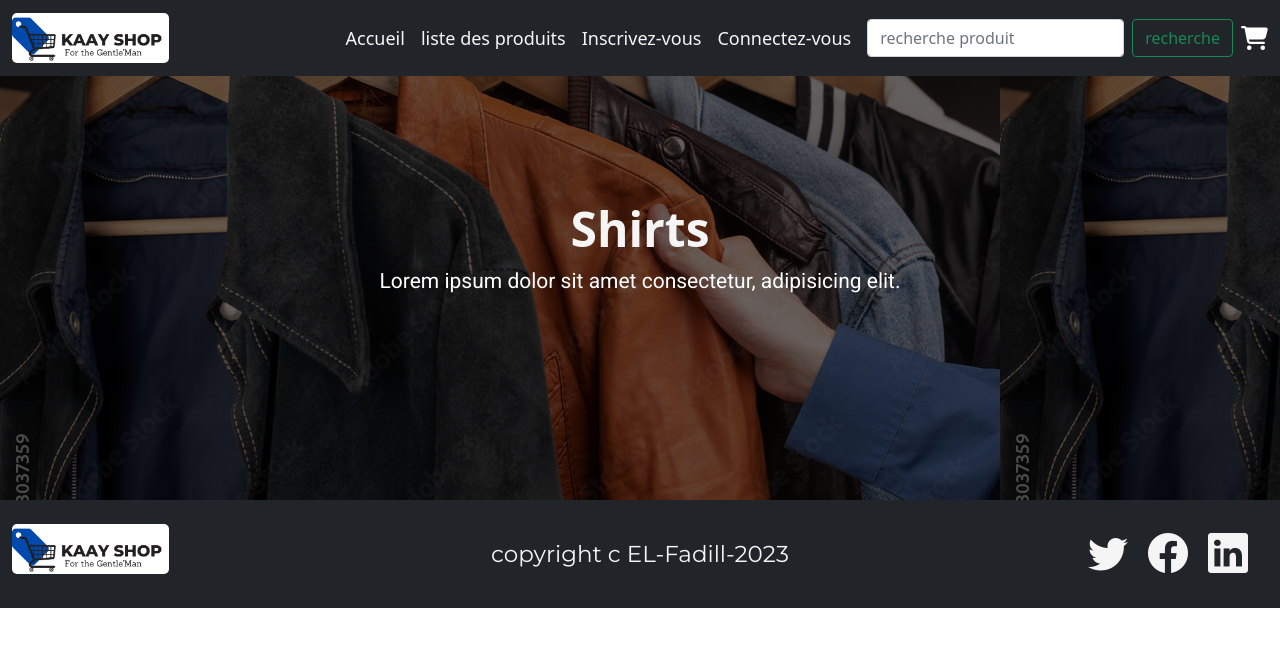
Repository: wadelfadill/Mini_projet_bootstrap_Site_vente_online
Page: list_product.html
An editor plug-in stored every save of this project. The page is shown before and after the next save, followed by the edit.
The browser window is 1280 px wide. The pictures show the whole page.
Some web libraries are served in a nearby version.

Above is the page before, as saved 2023-05-16 11:24:30.

### list_product.html
<!DOCTYPE html>
<html lang="en">
<head>
    <!--======== Website icone =======-->
    <link rel="shortcut icon" href="assets/images/logo/cart-shopping-solid.svg" type="image/x-icon">
    <meta charset="UTF-8">
    <meta http-equiv="X-UA-Compatible" content="IE=edge">
    <meta name="viewport" content="width=device-width, initial-scale=1.0">
    <!--=========== Title of Website ============-->
    <title>KAAY-SHOP</title>

    <!--======== Bootstrap Links ===========-->
    <link href="https://cdn.jsdelivr.net/npm/bootstrap@5.1.3/dist/css/bootstrap.min.css" rel="stylesheet" integrity="sha384-1BmE4kWBq78iYhFldvKuhfTAU6auU8tT94WrHftjDbrCEXSU1oBoqyl2QvZ6jIW3" crossorigin="anonymous">
    <link rel="stylesheet" href="https://cdn.jsdelivr.net/npm/bootstrap-icons@1.10.5/font/bootstrap-icons.css">
    <!--========= CSS links ===============-->
    <link rel="stylesheet" href="assets/css/style.css">
    <link rel="stylesheet" href="assets/css/list_product_style.css">
    <!--========= Google Fonts Links =========-->
    <link rel="preconnect" href="https://fonts.googleapis.com">
    <link rel="preconnect" href="https://fonts.gstatic.com" crossorigin>
    <link href="https://fonts.googleapis.com/css2?family=Montserrat:wght@400;700&family=Roboto:wght@100;400;700&display=swap" rel="stylesheet">
    <!--========== Google Font-Awesome Script  ==========-->
    <script src="https://kit.fontawesome.com/8f130c8a35.js" crossorigin="anonymous"></script>

</head>
<body>
    <!-- ========== Start Header Section ========== -->
    <header id="header">
        <nav class="navbar navbar-expand-lg navbar-dark bg-dark fixed-top">
            <div class="container-fluid">
              <a class="navbar-brand" href="#header"><img src="assets/images/logo/kAAY SHOP.png" alt="" class="img-fluid website_logo"></a>
              <button class="navbar-toggler" type="button" data-bs-toggle="collapse" data-bs-target="#navbarSupportedContent" aria-controls="navbarSupportedContent" aria-expanded="false" aria-label="Toggle navigation">
                <span class="navbar-toggler-icon"></span>
              </button>
              <div class="collapse navbar-collapse" id="navbarSupportedContent">
                <ul class="navbar-nav ms-auto mb-2 mb-lg-0 me-2">
                  <li class="nav-item">
                    <a class="nav-link active" aria-current="page" href="index.html">Accueil</a>
                  </li>
                  <li class="nav-item">
                    <a class="nav-link" href="list_product.html">liste des produits</a>
                  </li>
                  <li class="nav-item">
                    <a class="nav-link" href="registration.html">Inscrivez-vous</a>
                  </li>
                  <li class="nav-item">
                    <a class="nav-link" href="longin.html">Connectez-vous</a>
                  </li>
                </ul>
                <form class="d-flex">
                  <input class="form-control me-2" type="search" placeholder="recherche produit" aria-label="Search">
                  <button class="btn btn-outline-success" type="submit">recherche</button>
                </form>
                <div class="market-icone ms-2">
                    <i class="fa-solid fa-cart-shopping fa-xl" style="color: #ffffff;"></i>
                </div>
              </div>
            </div>
        </nav>
    </header>
    <!-- ========== End Header Section ========== -->
    <!--==================================================-->
   <!-- ========== Start Main ========== -->
   <main id="main">
        <!-- <section id="shirts">
          <div class="container-fluid text-center">
            <div class="entete">
              <h1>LES SHIRTS</h1>
            <span>Lorem ipsum dolor sit amet consectetur adipisicing elit.</span>
            </div>
            <div class="row">
             <div class="categorie_title">
              <h2>Tee-shirts</h2>
             </div>
              <div class="col-md-3">
              </div>
              <div class="col-md-3"></div>
              <div class="col-md-3"></div>
              <div class="col-md-3"></div>
            </div>
          </div>
        </section> -->
        <div id="list_banner">
          <div id="carouselExampleInterval" class="carousel slide h-100" data-bs-ride="carousel">
            <div class="carousel-inner h-100">
              <div class="carousel-item active h-100" data-bs-interval="3000">
                <div class="item1 text-center">
                  <h1 class="text-center">Nos differents Types de produits</h1>
                  <span class="text-center">Lorem ipsum dolor sit amet consectetur, adipisicing elit.</span>
                </div>
              </div>
              <div class="carousel-item" data-bs-interval="3000">
                <div class="item2 text-center">
                  <h1 class="text-center">Shirts</h1>
                  <span class="text-center">Lorem ipsum dolor sit amet consectetur, adipisicing elit.</span>
                </div>
              </div>
              <div class="carousel-item" data-bs-interval="3000">
                <div class="item3 text-center">
                  <h1 class="text-center">Pantalons</h1>
                  <span class="text-center">Lorem ipsum dolor sit amet consectetur, adipisicing elit.</span>
                </div>
              </div>
              <div class="carousel-item text-center" data-bs-interval="3000">
                <div class="item4">
                  <h1 class="text-center">Shoes</h1>
                  <span class="text-center">Lorem ipsum dolor sit amet consectetur, adipisicing elit.</span>
                </div>
              </div>
              <div class="carousel-item text-center" data-bs-interval="3000">
                <div class="item5">
                  <h1 class="text-center">Accessoires</h1>
                  <span class="text-center">Lorem ipsum dolor sit amet consectetur, adipisicing elit.</span>
                </div>
              </div>
            </div>
            <button class="carousel-control-prev invisible" type="button" data-bs-target="#carouselExampleInterval" data-bs-slide="prev">
              <span class="carousel-control-prev-icon" aria-hidden="true"></span>
              <span class="visually-hidden">Previous</span>
            </button>
            <button class="carousel-control-next invisible" type="button" data-bs-target="#carouselExampleInterval" data-bs-slide="next">
              <span class="carousel-control-next-icon" aria-hidden="true"></span>
              <span class="visually-hidden">Next</span>
            </button>
          </div>
        </div>
   </main>
   <!-- ========== End Main ========== -->
   <!--========================================================-->
   <!-- ========== Start Footer Section ========== -->
   <footer id="footer" class="bg-dark navbar-dark">
    <div class="container-fluid pt-4 pb-4">
        <div class="row gap-5 gap-md-0">
            <div class="col-md-4 text-center text-md-start">
                <div class="logo">
                    <img src="assets/images/logo/kAAY SHOP.png" alt="" class="img-fluid website_logo">
                </div>
            </div>
            <div class="col-md-4 text-center my-auto">
                <div class="copyright">
                    copyright c EL-Fadill-2023
                </div>
            </div>
            <div class="col-md-4 text-center text-md-end my-auto">
                <div class="icones d-flex flex-row align-items-center justify-content-center justify-content-md-end gap-5 gap-md-0">
                    <i class="bi bi-twitter"></i>
                    <i class="bi bi-facebook"></i>
                    <i class="bi bi-linkedin"></i>
                </div>
            </div>
        </div>
    </div>
   </footer>
   <!-- ========== End Footer Section ========== -->
   <!--=========================================================-->
    <!--======= Bootstrap Js Script ==========-->
    <script src="https://cdn.jsdelivr.net/npm/bootstrap@5.1.3/dist/js/bootstrap.bundle.min.js" integrity="sha384-ka7Sk0Gln4gmtz2MlQnikT1wXgYsOg+OMhuP+IlRH9sENBO0LRn5q+8nbTov4+1p" crossorigin="anonymous"></script>
</body>
</html>

### assets/css/style.css
/* ======= General ==========*/
*{
    margin: 0;
    padding: 0;
    box-sizing: border-box;
}
body{
    margin: 0;
    padding: 0;
}


/* ======= header section ========*/
.website_logo{
    height: 50px;
    border-radius: 5px;
}
nav ul li a{
    font-family: 'Monserrat' 'sans serif';
    font-size: 18px;
    font-weight: 400;
    color: whitesmoke !important;
}
main{
    /* height: 900px; */
}
#footer{
    font-size: 23px;
    color: whitesmoke;
    font-weight: 400;
    font-family: 'Montserrat';
}
#footer i{
    display: inline-block;
    font-size: 40px;
    padding-right: 20px;
    cursor: pointer;
}

### assets/css/list_product_style.css
main{

    margin: 0;
    padding-left: 0;
    padding-right: 0;
}

/*======== Shirts section =========*/
#shirts h1{
    padding-top: 30px;
    font-family: 'Monserrat' 'sans serif';
    font-style: 45px;
    font-weight: 600;
    color: rgb(1, 1, 26);
    margin-bottom: 30px;
}
#shirts span{
    display: inline-block;
    font-family: 'Roboto';
    font-size: 18px;
    font-weight: 500;
    margin-bottom: 40px;
    color: rgb(1, 1, 26);
}
.entete{
    background: beige;
}
#shirts h2{
    padding-top: 20px;
    font-family: 'Monserrat' 'sans serif';
    font-style: 35px;
    font-weight: 500;
    color: rgb(1, 1, 26);
    margin-bottom: 20px;
}
.categorie_title{
    background: rgb(252, 234, 208);
}
.item1{
     padding-top: 100px;
    width: 100%;
    height: 500px;
    background-image: linear-gradient(rgba(0,0,0, 0.6), rgba(0,0,0, 0.6)), url("../images/item1.jpeg");
    background-size: cover;
}
.item2{
     padding-top: 100px;
    width: 100%;
    height: 500px;
    background-image: linear-gradient(rgba(0,0,0, 0.6), rgba(0,0,0, 0.6)), url("../images/item2.jpeg");
}
.item3{
     padding-top: 100px;
    width: 100%;
    height: 500px;
    background-image: linear-gradient(rgba(0,0,0, 0.6), rgba(0,0,0, 0.6)), url("../images/item3.jpeg");
    background-size: cover;
}
.item4{
     padding-top: 100px;
    width: 100%;
    height: 500px;
    background-size: cover;
    background-image: linear-gradient(rgba(0,0,0, 0.2), rgba(0,0,0, 0.6)), url("../images/item4.jpg");
}
.item5{
     padding-top: 100px;
    width: 100%;
    height: 500px;
    background-image: linear-gradient(rgba(0,0,0, 0.05), rgba(0,0,0, 0.6)), url("../images/item5.jpg");
    background-size: cover;
}
#list_banner{
    height: 500px;
}
#list_banner h1{
    padding-top: 100px;
    font-family: 'Montserrat' 'sans serif';
    font-size: 48px;
    color: whitesmoke;
    font-weight: 700;
}
#list_banner span{
    text-align: center;
    font-family: 'Roboto';
    font-size: 21px;
    font-weight: 500;
    color: white;
}

After the next save:
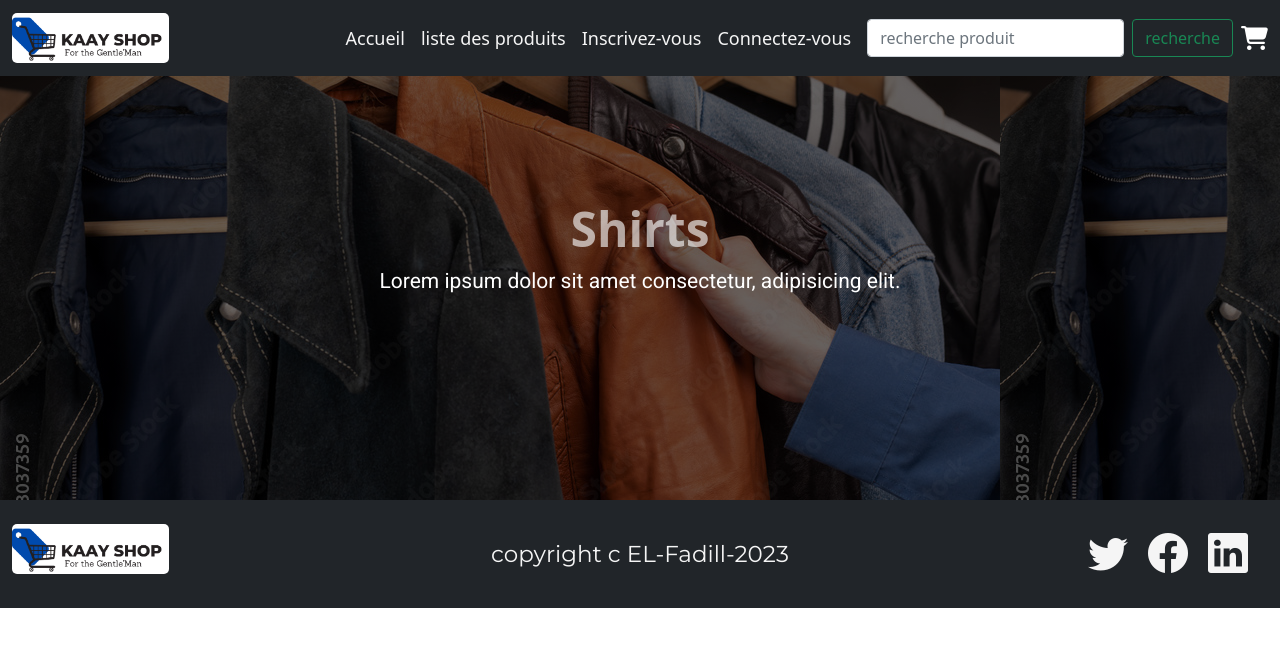
Saved 17 s later.
--- a/assets/css/list_product_style.css
+++ b/assets/css/list_product_style.css
@@ -77,7 +77,7 @@
     padding-top: 100px;
     font-family: 'Montserrat' 'sans serif';
     font-size: 48px;
-    color: whitesmoke;
+    color: rgba(245, 245, 245, 0.651);
     font-weight: 700;
 }
 #list_banner span{
